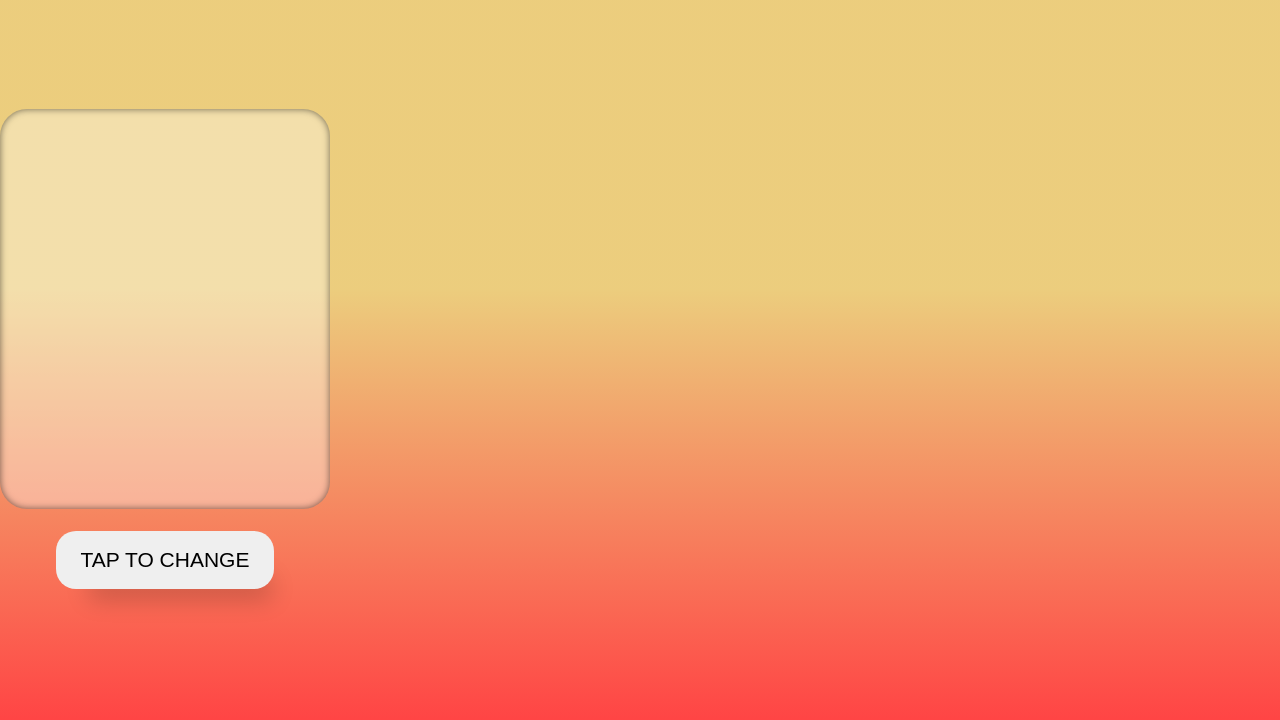
Repository: ThanhThn/profile
Page: index.html
An editor plug-in stored every save of this project. The page is shown before and after the next save, followed by the edit.
The browser window is 1280 px wide. The pictures show the whole page.
Some web fonts or font styles are not loaded; a fallback is used.

Above is the page before, as saved 2022-12-05 00:09:38.

After the next save:
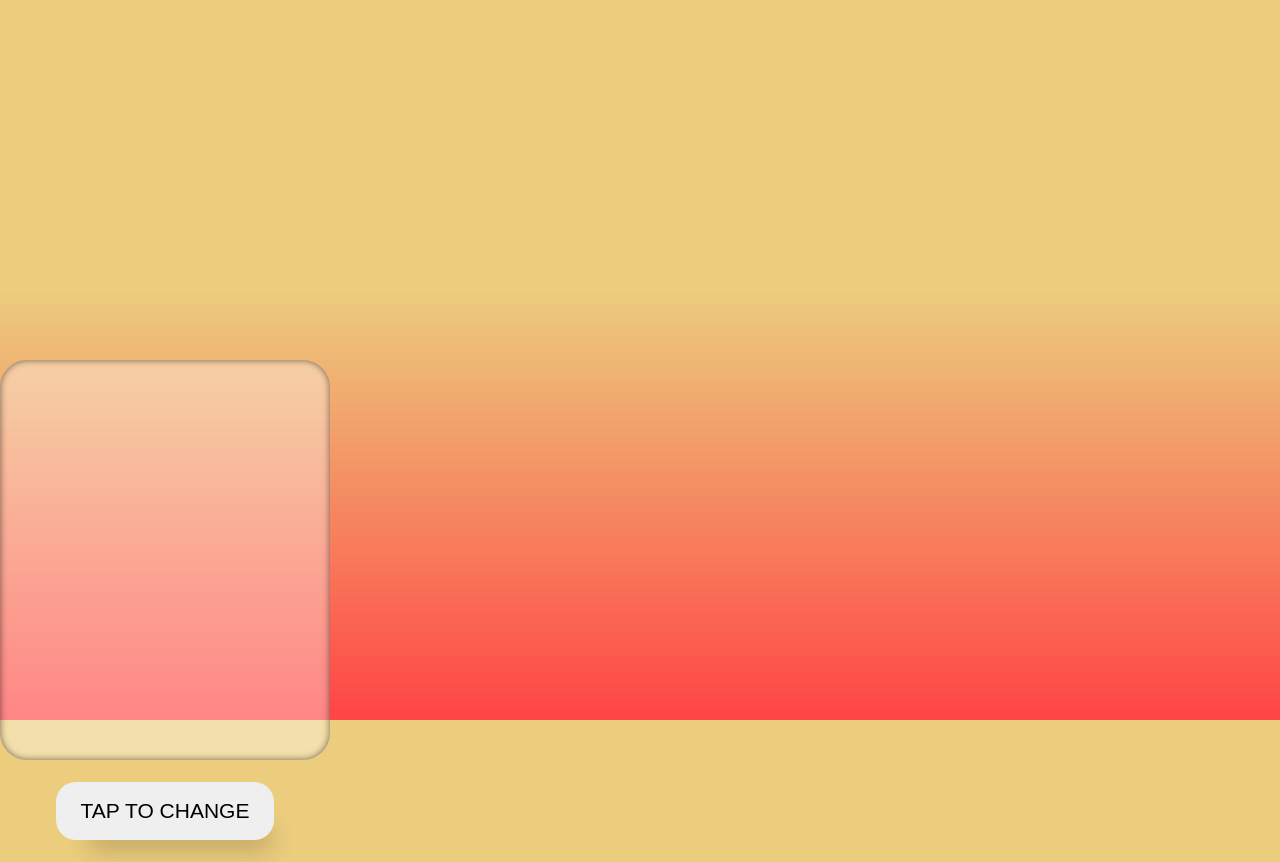
Saved 46 s later.
--- a/style.css
+++ b/style.css
@@ -13,9 +13,7 @@
 .container{
     position: absolute;
     top: 50%;
-    -webkit-transform: translateY(-50%);
-    -ms-transform: translateY(-50%);
-    transform: translateY(-50%);
+    left: auto;
     display: flex;
     flex-direction: column;
     align-items: center;

After the save that followed:
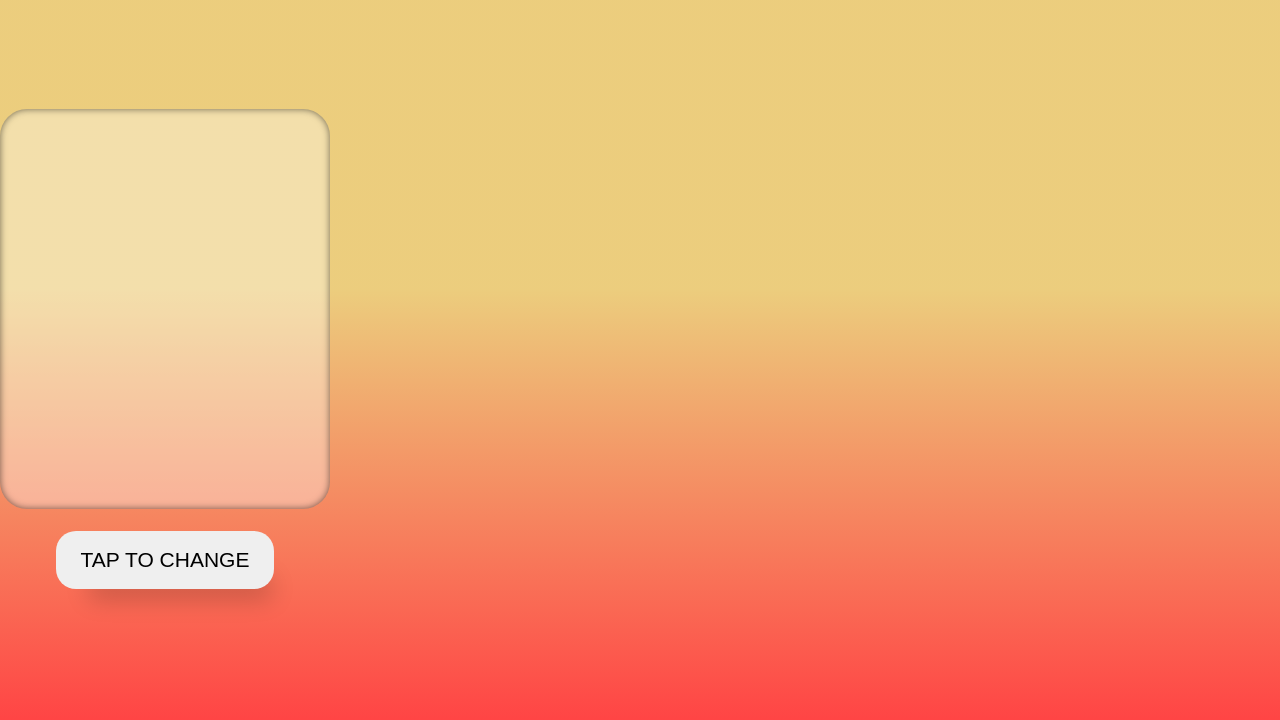
Saved 12 s later.
--- a/style.css
+++ b/style.css
@@ -13,7 +13,9 @@
 .container{
     position: absolute;
     top: 50%;
-    left: auto;
+    -webkit-transform: translateY(-50%);
+    -ms-transform: translateY(-50%);
+    transform: translateY(-50%);
     display: flex;
     flex-direction: column;
     align-items: center;
